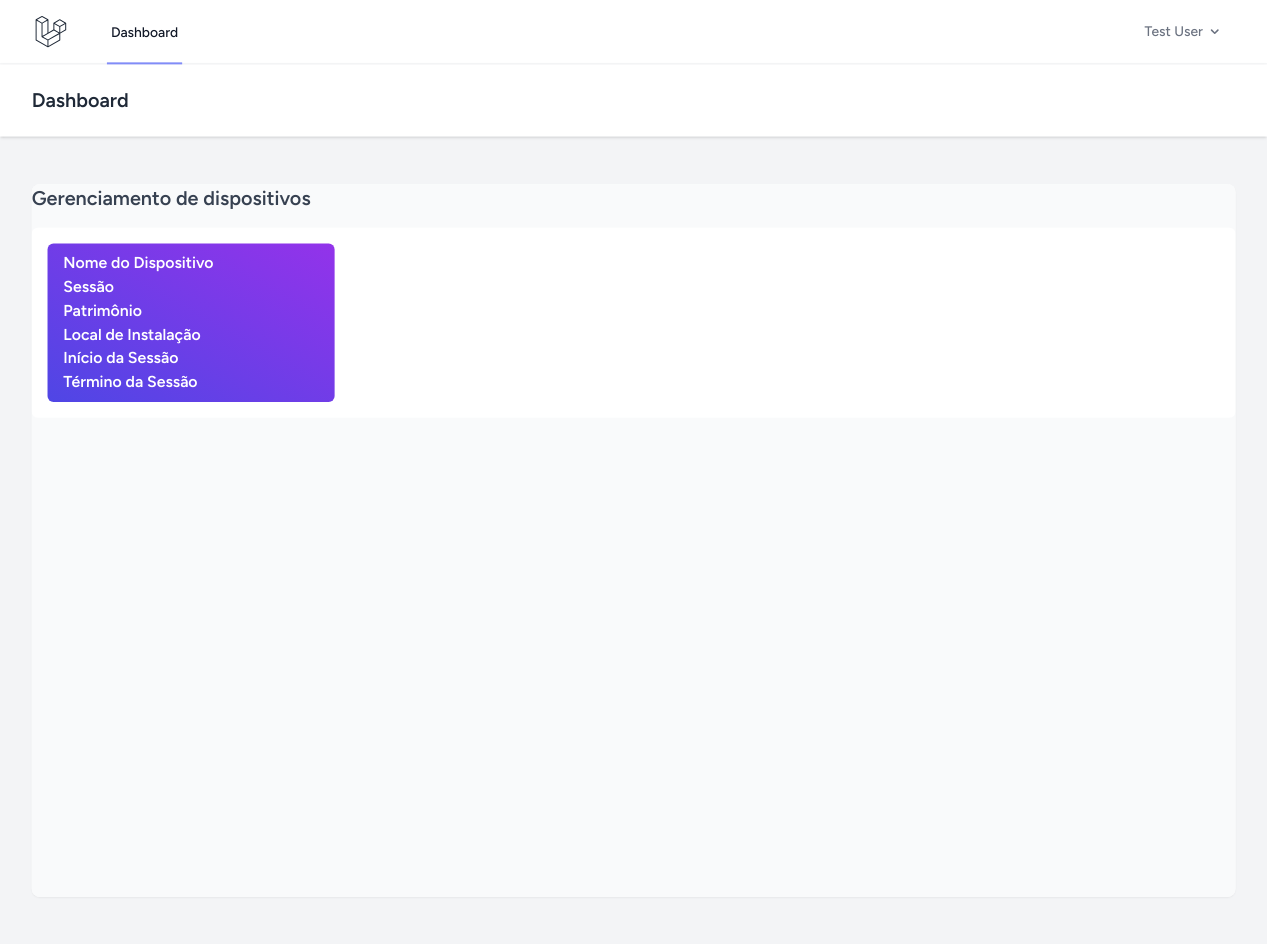
Repository: CrisMorgantee/device-logs
Page: http://localhost/dashboard
An editor plug-in stored every save of this project. The page is shown before and after the next save, followed by the edit.
The browser window is 1280 px wide. The pictures show the whole page, at 99% of full size.
The page is served by the project's Laravel application, run on PHP 8.4 with Laravel 10. A made-up administrator, Test User (test@example.com), is signed in. Style sheets and scripts are compiled from the project's sources, by tool versions that may differ from the author's. Queries for data that is not in the repository find no rows.

Above is the page before, as saved 2023-04-14 22:42:36.

After the next save:
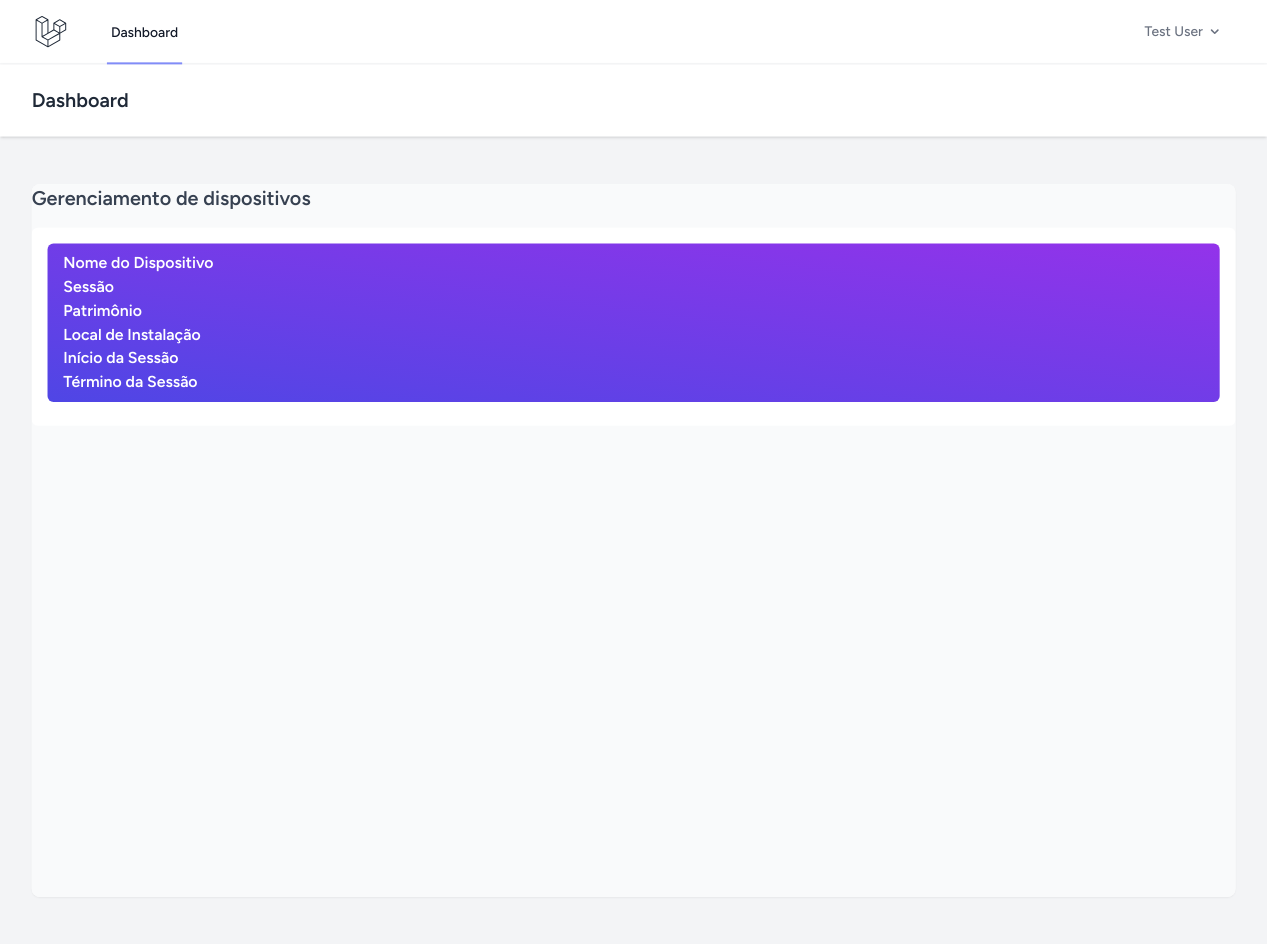
Saved 4 s later.
--- a/resources/views/dashboard.blade.php
+++ b/resources/views/dashboard.blade.php
@@ -13,7 +13,7 @@
           <div class="grid grid-cols-12 gap-2 rounded-md bg-white p-4">
 
             <div
-              class="text-md col-span-3 rounded-md bg-gradient-to-tr from-indigo-600 to-purple-600 py-2 px-4 font-bold text-white">
+              class="text-md col-span-12 rounded-md bg-gradient-to-tr from-indigo-600 to-purple-600 py-2 px-4 font-bold text-white">
               <div class="col-span-3">
                 <span>Nome do Dispositivo</span>
               </div>
